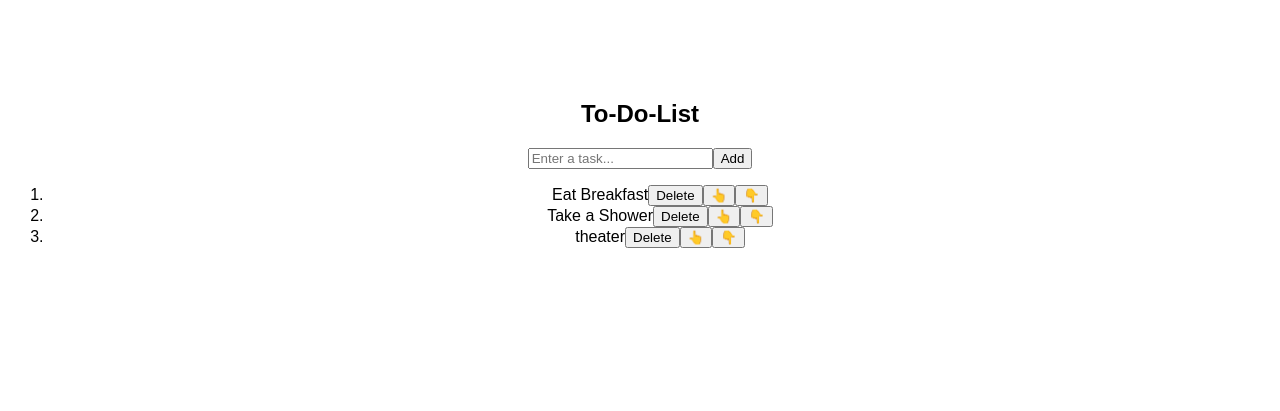
Repository: wakoya-tech/my-react-practice
Page: /
These files come from the project's save history. The page is drawn as it stood at one moment and after the next save; the edit follows.
The browser window is 1280 px wide. The pictures show the whole page.
The project was rebuilt for these pictures with package versions that can differ from the ones it lists, and the page was loaded fresh each time. Also part of the build but not shown: vite.config.js.

Above is the page before, as saved 2025-10-06 16:15:51.

After the next save:
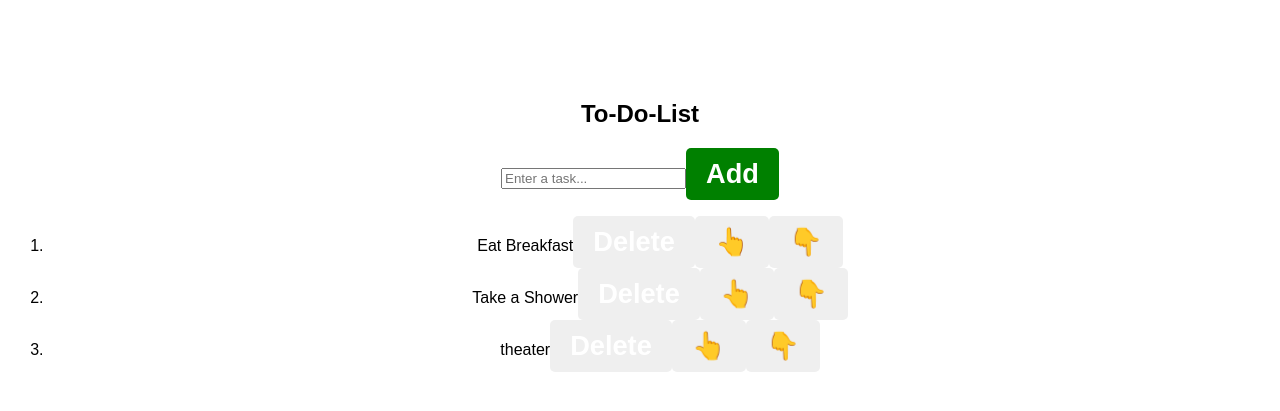
Saved 5 min 0 s later.
--- a/src/index.css
+++ b/src/index.css
@@ -5,5 +5,19 @@
 
 }
 h1{
+  font-size: 4rem;
 
 }
+button {
+  font-size: 1.7rem;
+  font-weight: bold;
+  padding: 10px 20px;
+  color: white;
+  border: none;
+  border-radius: 5px;
+  cursor: pointer;
+  transition: background-color 0.5 ease;
+}
+.add-button {
+  background-color: green;
+}
